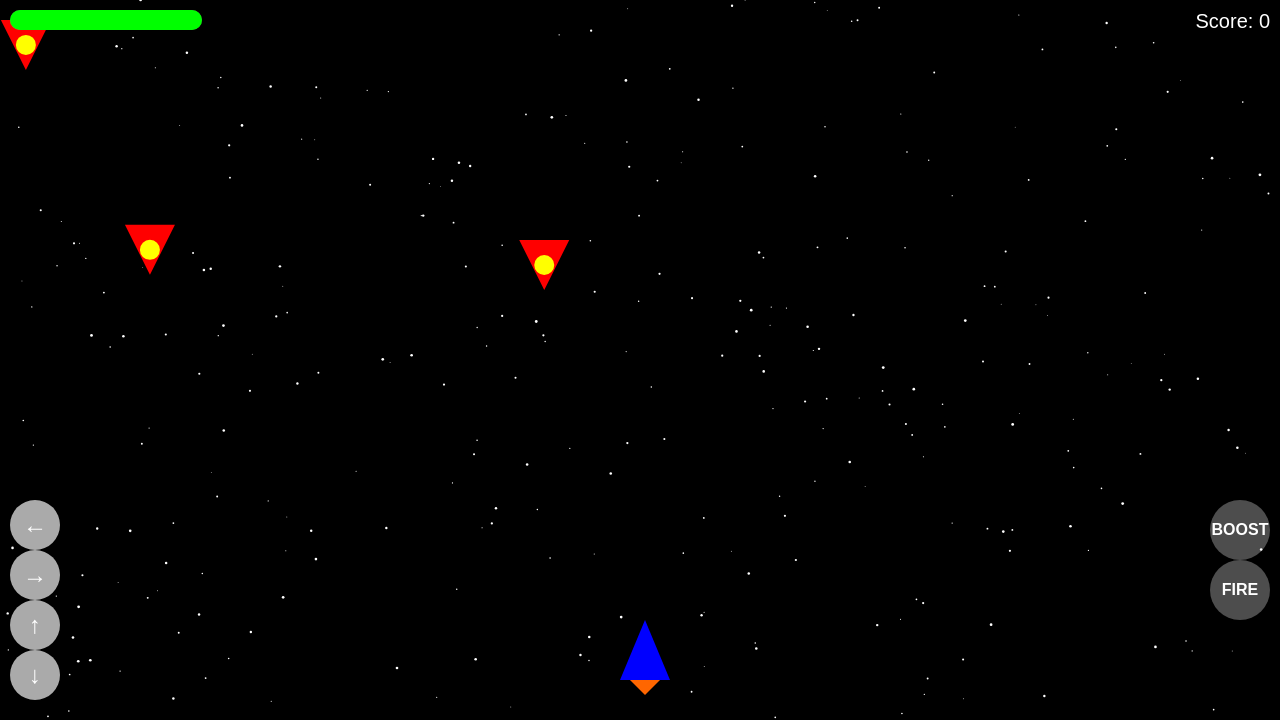
Repository: BiranOrundas/space-shooter
Page: space-shooter.html
These files come from the project's save history. The page is drawn as it stood at one moment and after the next save; the edit follows.
The browser window is 1280 px wide. The pictures show the whole page.

Above is the page before, as saved 2025-03-13 16:00:59.

### space-shooter.html
<!DOCTYPE html>
<html lang="en">
<head>
  <meta charset="UTF-8">
  <meta name="viewport" content="width=device-width, initial-scale=1.0">
  <title>Space Shooter</title>
  <style>
    body {
      margin: 0;
      overflow: hidden;
      touch-action: none;
      font-family: Arial, sans-serif;
      background-color: #000;
      display: flex;
      justify-content: center;
      align-items: center;
      height: 100vh;
    }

    #game-container {
      position: relative;
      width: 100vw;
      height: 100vh;
      background-color: #000;
      overflow: hidden;
      touch-action: none;
    }

    #game-canvas {
      width: 100%;
      height: 100%;
    }

    #controls {
      position: absolute;
      bottom: 20px;
      left: 0;
      width: 100%;
      display: flex;
      justify-content: space-between;
      z-index: 10;
    }

    .direction-btn {
      width: 50px;
      height: 50px;
      background-color: rgba(255, 255, 255, 0.3);
      border-radius: 50%;
      display: flex;
      justify-content: center;
      align-items: center;
      color: white;
      font-weight: bold;
      font-size: 24px;
      user-select: none;
      margin: 0 10px;
    }
    .direction-btnpress {
      width: 50px;
      height: 50px;
      background-color: rgba(24, 124, 4, 0.3);
      border-radius: 50%;
      display: flex;
      justify-content: center;
      align-items: center;
      color: white;
      font-weight: bold;
      font-size: 24px;
      user-select: none;
      margin: 0 10px;
    }

    .action-btn {
      width: 60px;
      height: 60px;
      background-color: rgba(255, 255, 255, 0.3);
      border-radius: 50%;
      display: flex;
      justify-content: center;
      align-items: center;
      color: white;
      font-weight: bold;
      font-size: 16px;
      user-select: none;
      margin: 0 10px;
    }

    #life-bar-container {
      position: absolute;
      top: 10px;
      left: 10px;
      width: 15%;
      height: 20px;
      background-color: rgba(255, 255, 255, 0.3);
      border-radius: 10px;
    }

    #life-bar {
      height: 100%;
      width: 100%;
      background-color: #0f0;
      border-radius: 10px;
      transition: width 0.5s;
    }

    #score {
      position: absolute;
      top: 10px;
      right: 10px;
      color: white;
      font-size: 20px;
    }

    #game-over {
      position: absolute;
      top: 0;
      left: 0;
      width: 100%;
      height: 100%;
      background-color: rgba(0, 0, 0, 0.8);
      display: none;
      flex-direction: column;
      justify-content: center;
      align-items: center;
      color: white;
      font-size: 30px;
      z-index: 20;
    }

    #restart-btn {
      margin-top: 20px;
      padding: 10px 20px;
      background-color: #0f0;
      color: black;
      border: none;
      border-radius: 5px;
      font-size: 18px;
      cursor: pointer;
    }

    .star {
      position: absolute;
      background-color: white;
      border-radius: 50%;
    }
  </style>
</head>
<body>
  <div id="game-container">
    <div id="life-bar-container">
      <div id="life-bar"></div>
    </div>
    <div id="score">Score: 0</div>
    <canvas id="game-canvas"></canvas>

    <div id="controls">
      <div id="movement-controls">
        <div name="leftButton" class="direction-btn" id="left-btn">←</div>
        <div name="rightButton" class="direction-btn" id="right-btn">→</div>
        <div name="upButton" class="direction-btn" id="up-btn">↑</div>
        <div name="downButton" class="direction-btn" id="down-btn">↓</div>
      </div>
      <div id="action-controls">
        <div class="action-btn" id="boost-btn">BOOST</div>
        <div class="action-btn" id="shoot-btn">FIRE</div>
      </div>
    </div>

    <div id="game-over">
      <div>GAME OVER</div>
      <div id="final-score">Score: 0</div>
      <button id="restart-btn">Restart</button>
    </div>
  </div>

  <script>
    // Game setup
    const canvas = document.getElementById('game-canvas');
    const ctx = canvas.getContext('2d');

    // Set canvas dimensions to match container
    const container = document.getElementById('game-container');
    canvas.width = container.clientWidth;
    canvas.height = container.clientHeight;

    // Game variables
    let score = 0;
    let gameOver = false;
    let animationId;

    // Player variables
    const player = {
      x: canvas.width / 2 - 20,
      y: canvas.height - 100,
      width: 50,
      height: 60,
      speed: 5,
      boostedSpeed: 10,
      isBoosting: false,
      life: 100,
      color: '#00f',
      cooldown: 0,
      lastShot: 0
    };


    // Game elements arrays
    const bullets = [];
    const enemies = [];
    const stars = [];

    // Control variables
    let leftPressed = false;
    let rightPressed = false;
    let upPressed = false;
    let downPressed = false;
    let shootPressed = false;
    let boostPressed = false;

    // Generate stars for background
    function createStars() {
      const starCount = 300;
      for (let i = 0; i < starCount; i++) {
        stars.push({
          x: Math.random() * canvas.width,
          y: Math.random() * canvas.height,
          size: Math.random() * 1 + 0.4,
          speed: Math.random() * 1 + 1.9,

        });
      }
    }

    // Draw player's spaceship
    function drawPlayer() {
      // Draw player ship
      ctx.fillStyle = player.color;

      // Ship body
      ctx.beginPath();
      ctx.moveTo(player.x + player.width / 2, player.y);
      ctx.lineTo(player.x + player.width, player.y + player.height);
      ctx.lineTo(player.x, player.y + player.height);
      ctx.closePath();
      ctx.fill();

      // Engine flames
      if (player.isBoosting) {
        ctx.fillStyle = '#ff0';
      } else {
        ctx.fillStyle = '#f60';
      }

      const flameHeight = player.isBoosting ? 30 : 15;
      ctx.beginPath();
      ctx.moveTo(player.x + 10, player.y + player.height);
      ctx.lineTo(player.x + player.width / 2, player.y + player.height + flameHeight);
      ctx.lineTo(player.x + player.width - 10, player.y + player.height);
      ctx.closePath();
      ctx.fill();
    }

    // Create a bullet
    function shootBullet() {
      const now = Date.now();
      if (now - player.lastShot > 50 ) { // Cooldown in ms
        bullets.push({
          x: player.x + player.width / 2 - 3,
          y: player.y,
          width: 2,
          height: 10,
          speed: 20,
          color: '#f00'
        });
        player.lastShot = now;
      }
    }

    // Draw bullets
    function drawBullets() {
      bullets.forEach(bullet => {
        ctx.fillStyle = bullet.color;
        ctx.fillRect(bullet.x, bullet.y, bullet.width, bullet.height);
      });
    }

    // Create enemy ships
// Create enemy ships
function spawnEnemy() {
  if (Math.random() < 0.02 && !gameOver) {
    // Eğer boost aktifse, düşmanların hızını artır
    const enemySpeed = player.isBoosting ? Math.random() * speedFactor : Math.random() * 1 + 1;

    enemies.push({
      x: Math.random() * (canvas.width - 50),
      y: -50,
      width: 50,
      height: 50,
      speed: enemySpeed  // Boost durumuna göre hız
    });
  }
}


    // Draw enemy ships
    function drawEnemies() {
      enemies.forEach(enemy => {
        // Enemy ship body
        ctx.fillStyle = '#f00';
        ctx.beginPath();
        ctx.moveTo(enemy.x + enemy.width / 2, enemy.y + enemy.height);
        ctx.lineTo(enemy.x + enemy.width, enemy.y);
        ctx.lineTo(enemy.x, enemy.y);
        ctx.closePath();
        ctx.fill();

        // Enemy details
        ctx.fillStyle = '#ff0';
        ctx.beginPath();
        ctx.arc(enemy.x + enemy.width / 2, enemy.y + enemy.height / 2, 10, 0, Math.PI * 2);
        ctx.fill();
      });
    }

    // Draw stars background
    function drawStars() {
      ctx.fillStyle = 'white';
      stars.forEach(star => {
        ctx.beginPath();
        ctx.arc(star.x, star.y, star.size, 0, Math.PI * 2);
        ctx.fill();
      });
    }

    // Update star positions
  // Update star positions
function updateStars() {
  stars.forEach(star => {
    // Eğer boost aktifse, yıldızın hızını artır
    const speedFactor = player.isBoosting ? 5.5 : 1;

    star.y += star.speed * speedFactor; // Yıldızın hızı boost durumuna göre değişir

    // Eğer yıldız ekranın dışına çıkarsa, konumunu sıfırlayın
    if (star.y > canvas.height) {
      star.y = 0;
      star.x = Math.random() * canvas.width;
    }
  });
}


// Update game elements
function updateGameElements() {

  if (leftPressed && player.x > 0) {
    player.x -= player.isBoosting ? player.boostedSpeed : player.speed;
    const LeftDirs = document.getElementsByName("leftButton");
LeftDirs.forEach(btn => {
    btn.style.backgroundColor = "#5CE65C";
});
  }else{
    const LeftDirs = document.getElementsByName("leftButton");
LeftDirs.forEach(btn => {
    btn.style.backgroundColor = "#AAAAAA";
})};



  if (rightPressed && player.x < canvas.width - player.width) {
    player.x += player.isBoosting ? player.boostedSpeed : player.speed;

    const rightDirs = document.getElementsByName("rightButton");
    rightDirs.forEach(btn => {
    btn.style.backgroundColor = "#5CE65C";
});
  }else{
    const rightDirs = document.getElementsByName("rightButton");
    rightDirs.forEach(btn => {
    btn.style.backgroundColor = "#AAAAAA";
})};


  if (upPressed && player.y < canvas.height - player.height) {
    player.y -= player.isBoosting ? player.boostedSpeed : player.speed;
    const upDirs = document.getElementsByName("upButton");
    upDirs.forEach(btn => {
    btn.style.backgroundColor = "#5CE65C";
});

  }else{
    const upDirs = document.getElementsByName("upButton");
    upDirs.forEach(btn => {
    btn.style.backgroundColor = "#AAAAAA";
})};






  if (downPressed && player.y < canvas.height - 20 - player.height) {
    player.y += player.isBoosting ? player.boostedSpeed : player.speed;
    const downDirs = document.getElementsByName("downButton");
    downDirs.forEach(btn => {
    btn.style.backgroundColor = "#5CE65C";
});

  }else{
    const downDirs = document.getElementsByName("downButton");
    downDirs.forEach(btn => {
    btn.style.backgroundColor = "#AAAAAA";
})};

  // Update bullets
  for (let i = 0; i < bullets.length; i++) {
    bullets[i].y -= bullets[i].speed;

    // Remove bullets that are off screen
    if (bullets[i].y < 0) {
      bullets.splice(i, 1);
      i--;
    }
  }

  // Update enemies
  for (let i = 0; i < enemies.length; i++) {
    enemies[i].y += enemies[i].speed;

    // Check for collision with player
    if (
      player.x < enemies[i].x + enemies[i].width &&
      player.x + player.width > enemies[i].x &&
      player.y < enemies[i].y + enemies[i].height &&
      player.y + player.height > enemies[i].y
    ) {
      // Player hit by enemy
      player.life -= 20;
      updateLifeBar();

      // Remove enemy
      enemies.splice(i, 1);
      i--;

      // Check game over
      if (player.life <= 0) {
        endGame();
      }

      continue;
    }

    // Check for bullets hitting enemies
    for (let j = 0; j < bullets.length; j++) {
      if (
        bullets[j].x < enemies[i].x + enemies[i].width &&
        bullets[j].x + bullets[j].width > enemies[i].x &&
        bullets[j].y < enemies[i].y + enemies[i].height &&
        bullets[j].y + bullets[j].height > enemies[i].y
      ) {
        // Enemy hit by bullet
        score += 50;
        updateScore();

      // Global variable to track if the bullet height has been changed
let bulletHeightUpdated = false;

// Inside the game loop or where you check the score
if (score >= 100 && !bulletHeightUpdated) {
    // Set the bullet height to 100
    bullets.forEach(bullet => {
        bullet.height = 100;
        bullet.color = "#00FF00"
    });

    // Mark the bullet height as updated
    bulletHeightUpdated = true;
}


        // Remove enemy and bullet
        enemies.splice(i, 1);
        bullets.splice(j, 1);
        i--;
        break;
      }
    }

    // Remove enemies that are off screen
    if (enemies[i] && enemies[i].y > canvas.height) {
      enemies.splice(i, 1);
      i--;
    }
  }
}


function Day() {
    const space = document.getElementById("game-container");

    setTimeout((randomColor) => {
        var randomColor = Math.floor(Math.random()*16777215).toString(16);
        space.style.backgroundColor = randomColor;
    },5500);
}


    // Update life bar
    function updateLifeBar() {
      const lifeBar = document.getElementById('life-bar');
      lifeBar.style.width = `${player.life}%`;

      // Change color based on life
      if (player.life > 60) {
        lifeBar.style.backgroundColor = '#0f0';
      } else if (player.life > 30) {
        lifeBar.style.backgroundColor = '#ff0';
      } else {
        lifeBar.style.backgroundColor = '#f00';
      }
    }

    // Update score display
    function updateScore() {
      document.getElementById('score').textContent = `Score: ${score}`;
    }

    // Game over
    function endGame() {
      gameOver = true;
      document.getElementById('game-over').style.display = 'flex';
      document.getElementById('final-score').textContent = `Score: ${score}`;
      cancelAnimationFrame(animationId);
    }

    // Main game loop
    function gameLoop() {
      // Clear canvas
      ctx.fillStyle = '#000';
      ctx.fillRect(0, 0, canvas.width, canvas.height);
        //Space Turning
      Day();

      // Draw stars
      drawStars();
      updateStars();

      // Spawn enemies
      spawnEnemy();


      // Update game elements
      updateGameElements();

      // Fire bullet if shoot button is pressed
      if (shootPressed) {
        shootBullet();
      }

      // Draw game elements
      drawPlayer();
      drawBullets();
      drawEnemies();

      // Continue game loop
      if (!gameOver) {
        animationId = requestAnimationFrame(gameLoop);
      }
    }

    // Event listeners for keyboard controls
    document.addEventListener('keydown', (e) => {
      if (e.key === 'ArrowLeft' || e.key === 'a') leftPressed = true;
      if (e.key === 'ArrowRight' || e.key === 'd') rightPressed = true;
      if (e.key === 'ArrowUp' || e.key === 'w') upPressed = true;
      if (e.key === 'ArrowDown' || e.key === 's') downPressed = true;
      if (e.key === ' ' || e.key === 'Enter') shootPressed = true;
      if (e.key === 'Shift') {
        boostPressed = true;
        player.isBoosting = true;
      }
    });

    document.addEventListener('keyup', (e) => {
      if (e.key === 'ArrowLeft' || e.key === 'a') leftPressed = false;
      if (e.key === 'ArrowRight' || e.key === 'd') rightPressed = false;
      if (e.key === 'ArrowUp' || e.key === 'w') upPressed = false;
      if (e.key === 'ArrowDown' || e.key === 's') downPressed = false;
      if (e.key === ' ' || e.key === 'Enter') shootPressed = false;
      if (e.key === 'Shift') {
        boostPressed = false;
        player.isBoosting = false;
      }
    });

    // Touch controls
    const leftBtn = document.getElementById('left-btn');
    const rightBtn = document.getElementById('right-btn');
    const shootBtn = document.getElementById('shoot-btn');
    const boostBtn = document.getElementById('boost-btn');

    leftBtn.addEventListener('touchstart', (e) => {
      e.preventDefault();
      leftPressed = true;
    });

    leftBtn.addEventListener('touchend', (e) => {
      e.preventDefault();
      leftPressed = false;
    });

    rightBtn.addEventListener('touchstart', (e) => {
      e.preventDefault();
      rightPressed = true;
    });

    rightBtn.addEventListener('touchend', (e) => {
      e.preventDefault();
      rightPressed = false;
    });

    shootBtn.addEventListener('touchstart', (e) => {
      e.preventDefault();
      shootPressed = true;
    });

    shootBtn.addEventListener('touchend', (e) => {
      e.preventDefault();
      shootPressed = false;
    });

    boostBtn.addEventListener('touchstart', (e) => {
      e.preventDefault();
      boostPressed = true;
      player.isBoosting = true;
    });

    boostBtn.addEventListener('touchend', (e) => {
      e.preventDefault();
      boostPressed = false;
      player.isBoosting = false;
    });

    // Mouse controls (for testing on desktop)
    leftBtn.addEventListener('mousedown', () => {
      leftPressed = true;
    });

    leftBtn.addEventListener('mouseup', () => {
      leftPressed = false;
    });

    rightBtn.addEventListener('mousedown', () => {
      rightPressed = true;
    });

    rightBtn.addEventListener('mouseup', () => {
      rightPressed = false;
    });

    shootBtn.addEventListener('mousedown', () => {
      shootPressed = true;
    });

    shootBtn.addEventListener('mouseup', () => {
      shootPressed = false;
    });

    boostBtn.addEventListener('mousedown', () => {
      boostPressed = true;
      player.isBoosting = true;
    });

    boostBtn.addEventListener('mouseup', () => {
      boostPressed = false;
      player.isBoosting = false;
    });

    // Restart game
    document.getElementById('restart-btn').addEventListener('click', () => {
      // Reset game state
      score = 0;
      gameOver = false;
      player.life = 100;
      player.x = canvas.width / 2 - 25;
      player.y = canvas.height - 100;
      player.isBoosting = false;

      // Clear arrays
      bullets.length = 0;
      enemies.length = 0;

      // Update UI
      updateScore();
      updateLifeBar();

      // Hide game over screen
      document.getElementById('game-over').style.display = 'none';

      // Start game loop
      gameLoop();
    });

    // Initialize game
    function initGame() {
      createStars();
      updateLifeBar();
      gameLoop();
    }

    // Start the game
    window.addEventListener('load', initGame);

    window.addEventListener('resize', () => {
  canvas.width = container.clientWidth;
  canvas.height = container.clientHeight;
});
  </script>
</body>
</html>

After the next save:
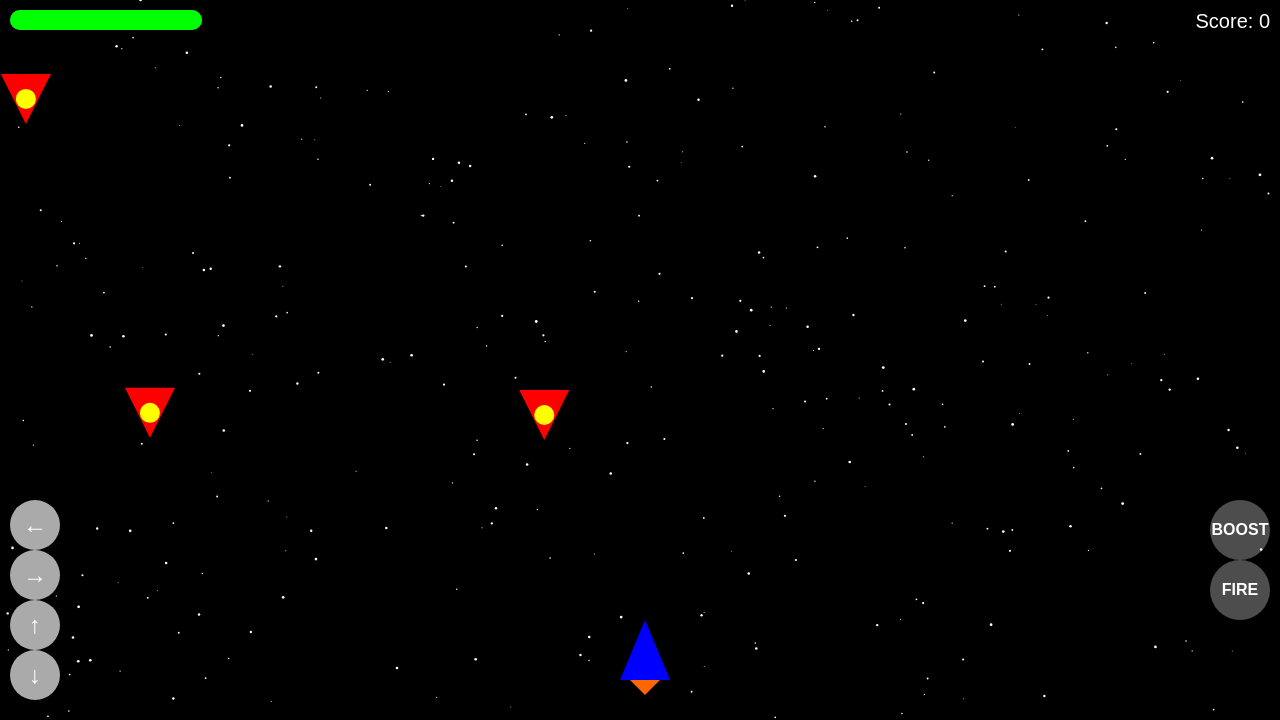
Saved 4 s later.
--- a/space-shooter.html
+++ b/space-shooter.html
@@ -289,7 +289,7 @@
 function spawnEnemy() {
   if (Math.random() < 0.02 && !gameOver) {
     // Eğer boost aktifse, düşmanların hızını artır
-    const enemySpeed = player.isBoosting ? Math.random() * speedFactor : Math.random() * 1 + 1;
+    const enemySpeed = player.isBoosting ? Math.random() * speedFactor : Math.random() * 1 + 2;
 
     enemies.push({
       x: Math.random() * (canvas.width - 50),
